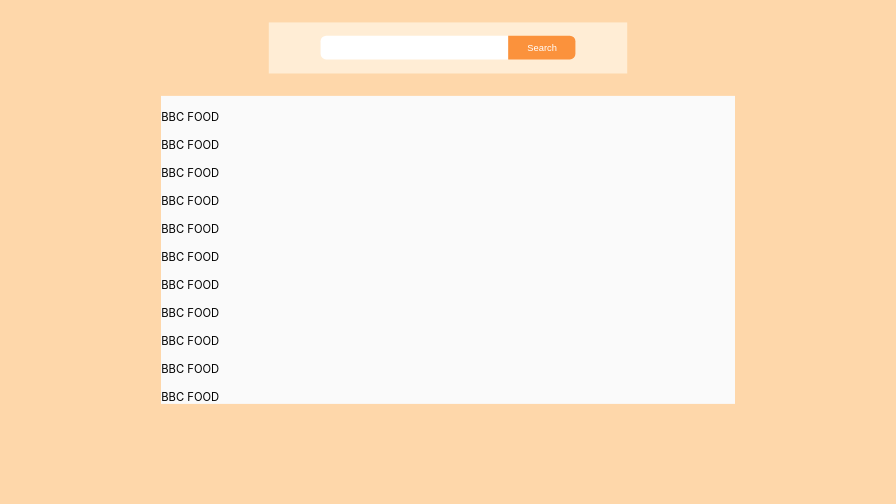
Repository: sandipkarmokar/recipeApp
Page: /
The author's editor kept a copy of each file at every save. The page is drawn from the files as they stood at one save, then again after the next save.
The browser window is 1280 px wide. The pictures show the part of the page from y = 0 to 1920 px (the page is 720 px tall before and 2665 px after), at 70% of full size.
The project was rebuilt for these pictures with package versions that can differ from the ones it lists, and the page was loaded fresh each time.

Above is the page before, as saved 2022-04-16 12:09:38.

After the next save:
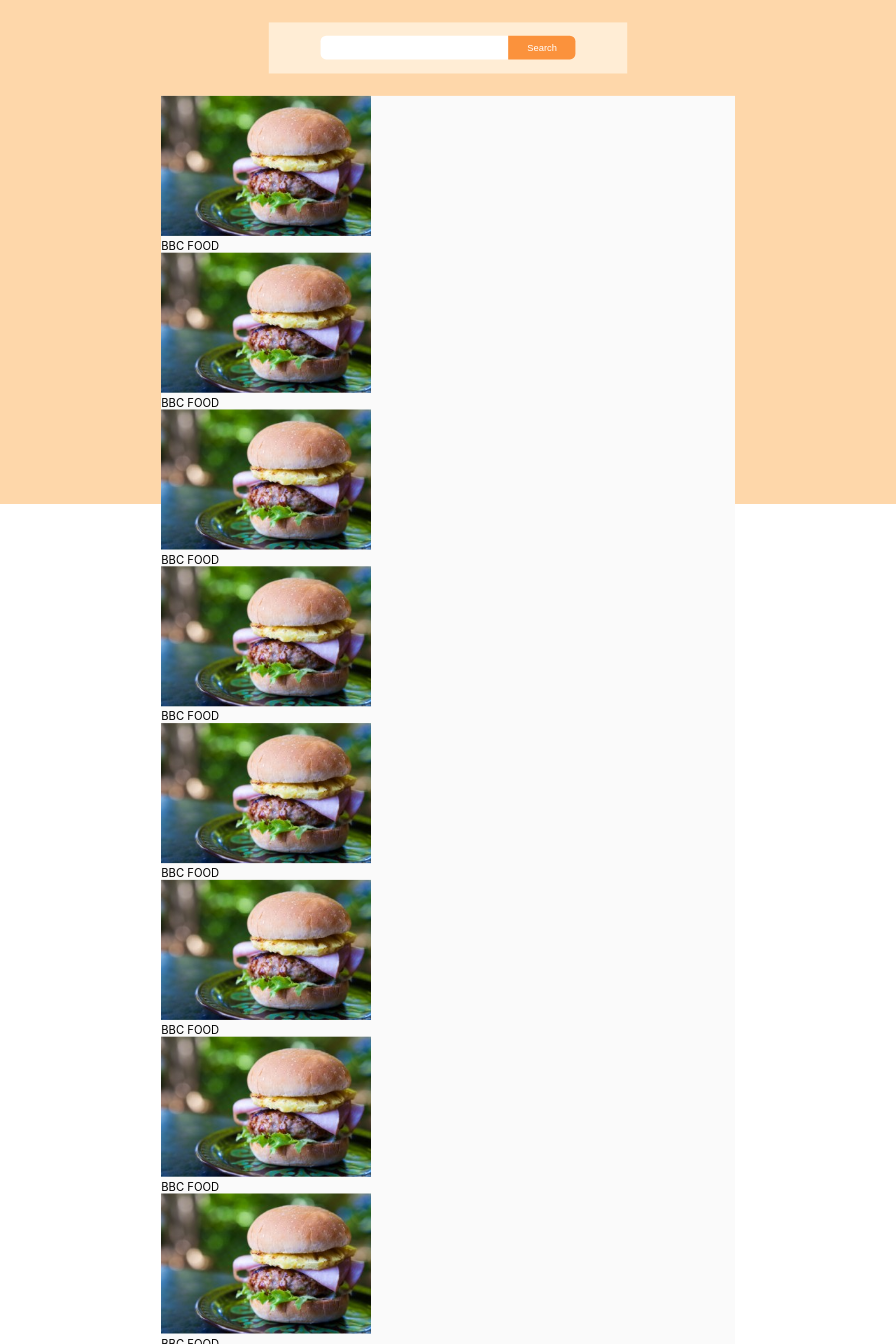
Saved 14 s later.
--- a/src/components/listView.js
+++ b/src/components/listView.js
@@ -9,7 +9,7 @@ const ListView = () => {
                     console.log(data);
                     return (
                         <div className="recipe-item">
-                            <img src={el.image} alt="" />
+                            <img src={el.img} alt="" />
                             <div className="info">
                                 <p className="title">{el.title}</p>
                                 <p className="publisher">{el.publisher}</p>
